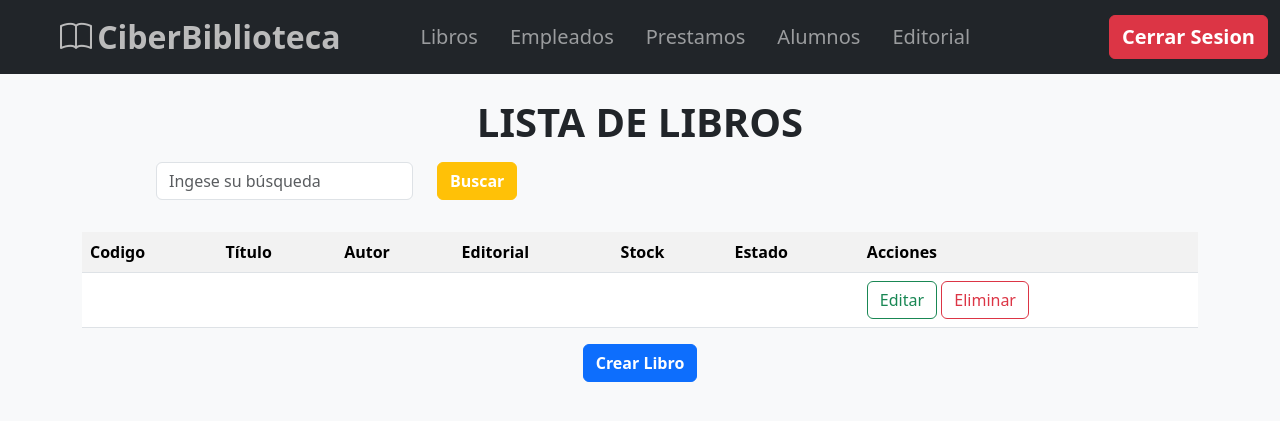
Repository: WilmerOcampo/LP1_Biblioteca
Page: http://localhost/Proyecto/listaEditorial.jsp
The author's editor kept a copy of each file at every save. The page is drawn from the files as they stood at one save, then again after the next save.
The browser window is 1280 px wide. The pictures show the whole page.
The page is served by Tomcat 10. Other server files are loaded and not shown.

Above is the page before, as saved 2023-05-31 18:12:51.

### Proyecto/src/main/webapp/listaEditorial.jsp
<%@ page language="java" contentType="text/html; charset=ISO-8859-1"
    pageEncoding="ISO-8859-1"%>
<!DOCTYPE html>
<html>
<head>
<meta charset="ISO-8859-1">
<title>Editorial</title>
<link href="https://cdn.jsdelivr.net/npm/bootstrap@5.3.0-alpha3/dist/css/bootstrap.min.css" rel="stylesheet"
    integrity="sha384-KK94CHFLLe+nY2dmCWGMq91rCGa5gtU4mk92HdvYe+M/SXH301p5ILy+dN9+nJOZ" crossorigin="anonymous">
<link rel="stylesheet" href="https://cdn.jsdelivr.net/npm/bootstrap-icons@1.8.1/font/bootstrap-icons.css">
</head>
<body>
	<body class="bg-light">

    <!-- Inicio del menu -->
      <nav class="navbar navbar-expand-md navbar-dark bg-dark">
        <div class="container-fluid">

        <!-- icono o nombre -->
        <a class="navbar-brand" href="#" style="padding-left: 3rem; padding-right: 3rem;">
            <i class="bi bi-book" style="font-size: 2rem; color:#bbb"></i>
            <span style="font-size: 2rem; color:#bbb"><b>CiberBiblioteca</b></span>
          </a>

        <!-- boton del menu -->
        <button class="navbar-toggler" type="button" data-bs-toggle="collapse" data-bs-target="#menu" aria-controls="navbarSupportedContent" aria-expanded="false" aria-label="Toggle navigation">
            <span class="navbar-toggler-icon"></span>
        </button>

          <!-- elementos del menu colapsable -->
        <div class="collapse navbar-collapse" id="menu">
            <ul class="navbar-nav me-auto" style="font-size: 20px">
                  <li class="nav-item" style="margin:0 0.5rem">
                    <a class="nav-link" href="listaLibros.jsp">Libros</a>
                  </li>
                  <li class="nav-item" style="margin:0 0.5rem">
                    <a class="nav-link" href="listaEmpleados.jsp">Empleados</a>
                  </li>
                  <li class="nav-item" style="margin:0 0.5rem">
                    <a class="nav-link" href="listaPrestamos.jsp">Prestamos</a>
                  </li>
                  <li class="nav-item" style="margin:0 0.5rem">
                    <a class="nav-link" href="listaAlumnos.jsp">Alumnos</a>
                  </li>
                   <li class="nav-item" style="margin:0 0.5rem">
                    <a class="nav-link" href="listaEditorial.jsp">Editorial</a>
                  </li>
                 </ul>

          <hr class="d-md-none text-white-50">

         <!--boton Informacion -->
          <form class="d-flex">
            <button class="btn btn-danger d-none d-md-inline-block " type="submit" style="font-size: 20px; font-weight:600"><a href="login.jsp" style="text-decoration: none; color: #fff">Cerrar Sesion</a></button>
          </form>
        </div>
        </div>
      </nav>

    <br>
    <h1 class="d-flex justify-content-center" style="text-transform: uppercase;"><strong>Lista de Libros</strong></h1>

    <nav class="navbar">
        <div class="container-fluid">
            <form class="d-flex" role="search" style="margin-left: 9rem">
                <input class="form-control me-4" type="search" placeholder="Ingese su búsqueda" aria-label="Search">
                <button class="btn btn-warning" type="submit" style="color: #fff; font-weight:600">Buscar</button>
            </form>
        </div>
    </nav><br>

    <div class="container">

        <table class="table table-striped">
            <tr>
                <th scope="col">Codigo</th>
                <th scope="col">Título</th>
                <th scope="col">Autor</th>
                <th scope="col">Editorial</th>
                <th scope="col">Stock</th>
                <th scope="col">Estado</th>
                <th scope="col">Acciones</th>
            </tr>

            <tr>
                <th></th>
                <td></td>
                <td></td>
                <td></td>
                <td></td>
                <td></td>
                <td><a class="btn btn-outline-success" href="">Editar</a>
                    <a class="btn btn-outline-danger" href="#" onclick="confirmarEliminacion()">Eliminar</a>
                </td>
            </tr>
        </table>

        <div class="d-flex justify-content-center">
            <input class="btn btn-primary" type="button" value="Crear Libro" style="color: #fff; font-weight:600"
                onclick="window.location.href='registrarLibro.jsp'">
        </div>

    </div>

    <script src="https://cdn.jsdelivr.net/npm/bootstrap@5.3.0-alpha3/dist/js/bootstrap.bundle.min.js"
        integrity="sha384-ENjdO4Dr2bkBIFxQpeoTz1HIcje39Wm4jDKdf19U8gI4ddQ3GYNS7NTKfAdVQSZe"
        crossorigin="anonymous"></script>

<script>
	function confirmarEliminacion(codigo) {
		if (confirm("¿Estás seguro de que deseas eliminar este registro?")) {
			window.location.href = "ControladorClientes?instruccion=eliminar&codigo=" + codigo;
		}
	}
</script>

</body>
</body>
</html>

After the next save:
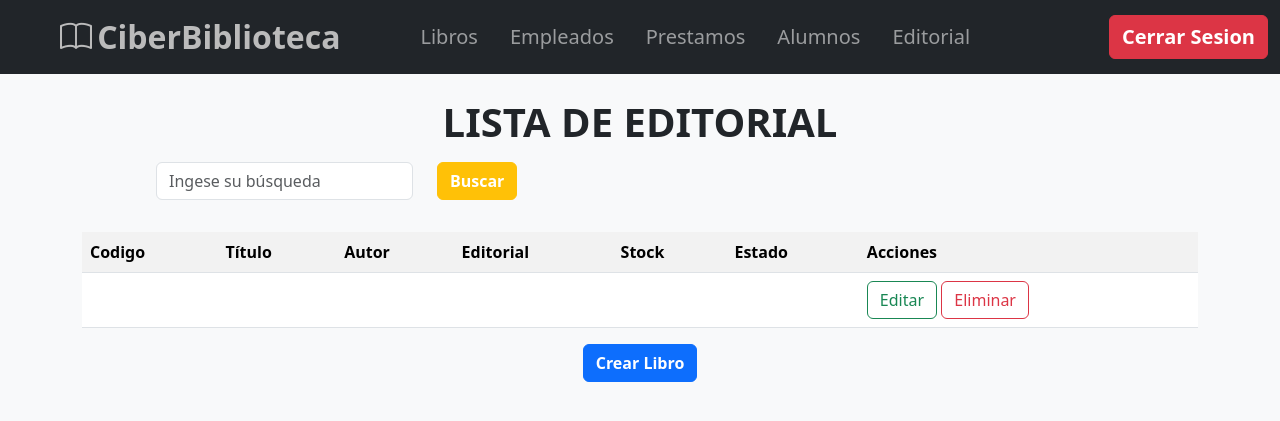
Saved 17 s later.
--- a/Proyecto/src/main/webapp/listaEditorial.jsp
+++ b/Proyecto/src/main/webapp/listaEditorial.jsp
@@ -58,7 +58,7 @@
       </nav>
 
     <br>
-    <h1 class="d-flex justify-content-center" style="text-transform: uppercase;"><strong>Lista de Libros</strong></h1>
+    <h1 class="d-flex justify-content-center" style="text-transform: uppercase;"><strong>Lista de Editorial</strong></h1>
 
     <nav class="navbar">
         <div class="container-fluid">
